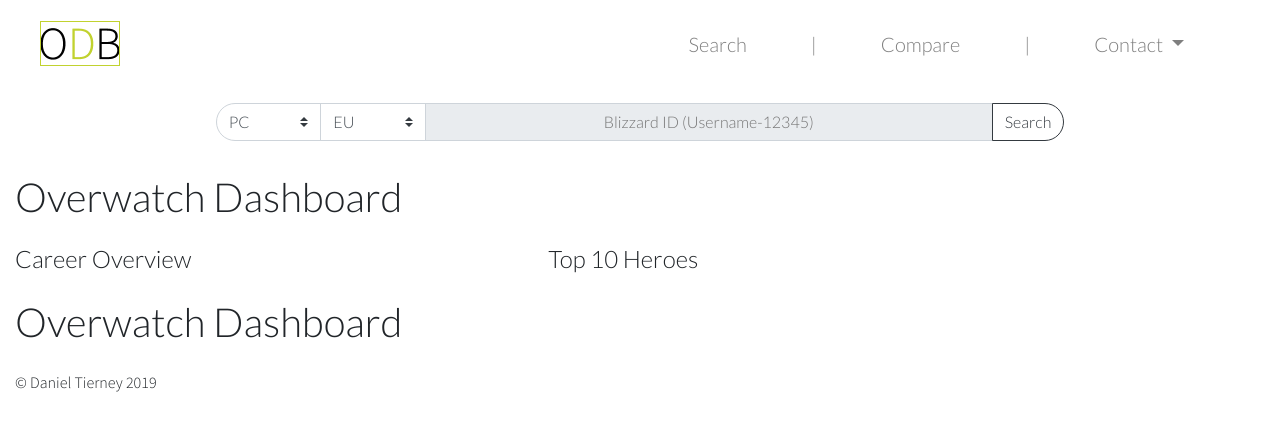
Repository: Cobonkoi/overwatch-dashboard
Page: search.html
The author's editor kept a record of every edit. The page is drawn from the files as they stood at one moment, then again after the next edit.
The browser window is 1280 px wide. The pictures show the whole page.

Above is the page before.

After the next edit:
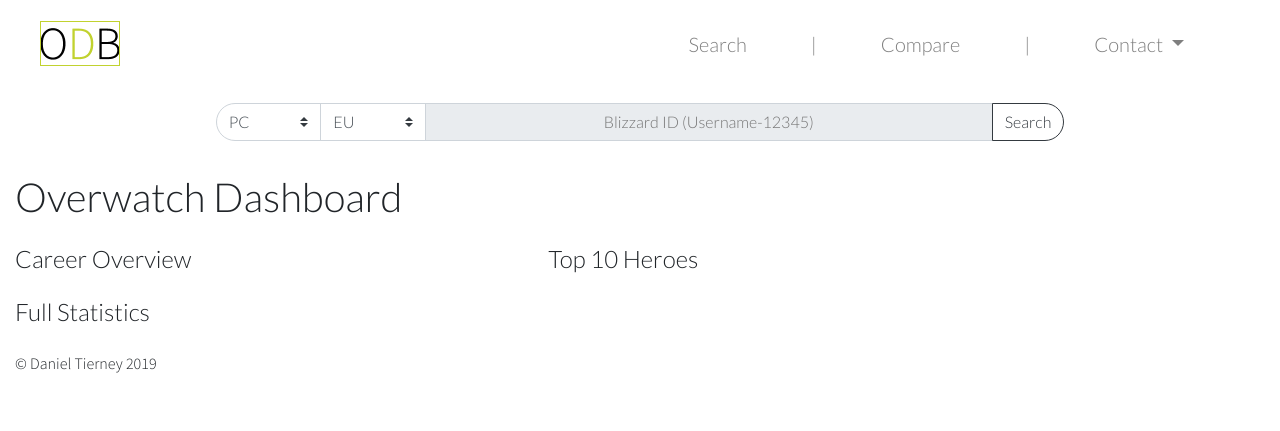
The edit:
--- a/search.html
+++ b/search.html
@@ -134,7 +134,7 @@
     <div class="container-fluid search-header-container">
         <div class="row">
             <div class="col-12 mb-3">
-                <h1 class="" id="">Overwatch Dashboard</h1>
+                <h4 class="" id="">Full Statistics</h4>
             </div>
         </div>
     </div>
